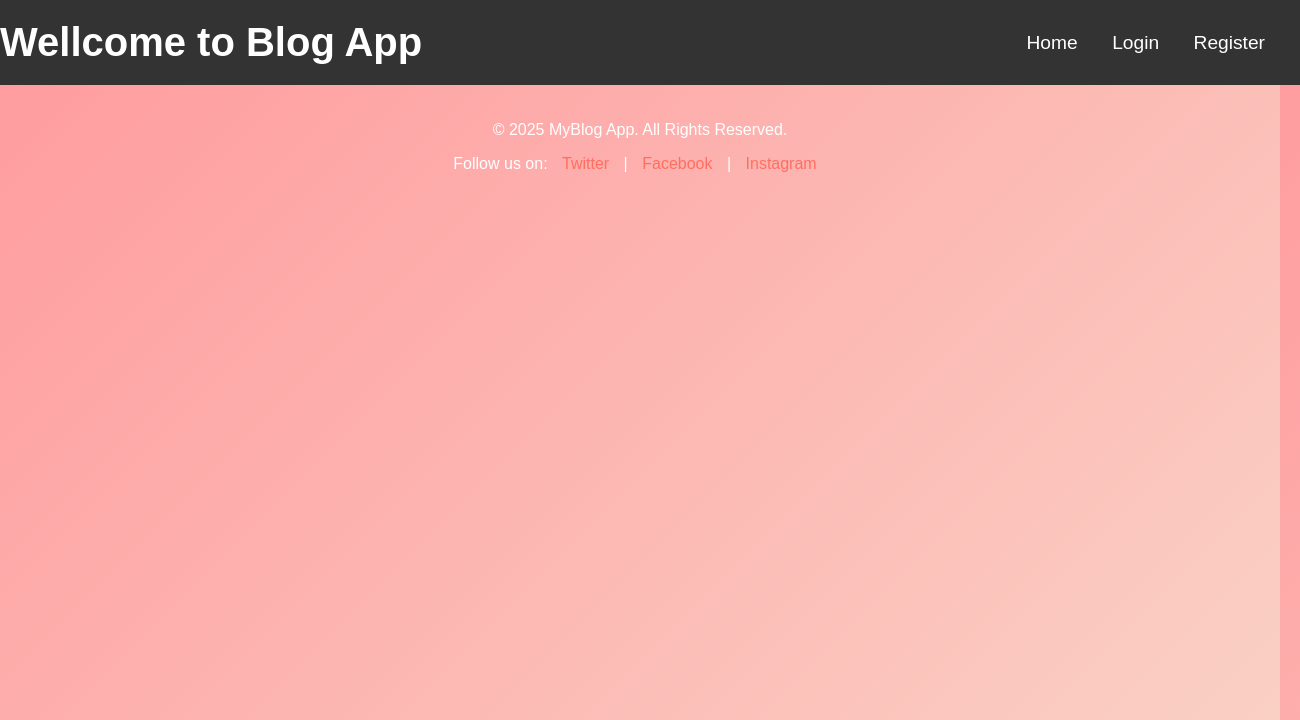
Repository: kapucuonur/blog_App
Page: posts/templates/posts/base.html
The author's editor kept a copy of each file at every save. The page is drawn from the files as they stood at one save, then again after the next save.
The browser window is 1280 px wide. The page is 1300 px wide, so the pictures cover 1300 px, including what lies to the right of the window. The pictures show the whole page.
The template is drawn by Django 4.2. The application's start-up code is not run. Other server files are loaded and not shown. The template is opened directly, without the code that normally fills it, so the values that code supplies are empty.

Above is the page before, as saved 2025-01-28 13:36:42.

### posts/templates/posts/base.html
{% load static %}
<!DOCTYPE html>
<html lang="en">
<head>
    <meta charset="UTF-8">
    <meta name="viewport" content="width=device-width, initial-scale=1.0">
    <title>Blog App</title>
    <link rel="stylesheet" href="{% static 'css/styles.css' %}">
</head>
<body>
    <header>
        <h1> Wellcome to Blog App</h1>
        <nav>
            <a href="{% url 'index' %}">Home</a>
            {% if user.is_authenticated %}
                <a href="{% url 'logout' %}">Logout</a>
            {% else %}
                <a href="{% url 'login' %}">Login</a>
                <a href="{% url 'register' %}">Register</a>
            {% endif %}
        </nav>
    </header>


    <main>
        {% block content %}
        {% endblock %}
    </main>
</body>
<footer>
    <p>&copy; 2025 MyBlog App. All Rights Reserved.</p>
    <p>Follow us on:
        <a href="https://twitter.com" target="_blank">Twitter</a> |
        <a href="https://facebook.com" target="_blank">Facebook</a> |
        <a href="https://instagram.com" target="_blank">Instagram</a>
    </p>
</footer>
</html>

### static/css/styles.css
/* General styling */
body {
    font-family: Arial, sans-serif;
    margin: 0;
    padding: 0;
    display: flex;
    flex-direction: column;
    align-items: center;
    justify-content: flex-start;
    height: 100vh;
    background: linear-gradient(135deg, #ff9a9e, #fad0c4);
    animation: backgroundMove 5s infinite alternate;
    box-sizing: border-box;
}

@keyframes backgroundMove {
    from {
        background-position: 0% 50%;
    }
    to {
        background-position: 100% 50%;
    }
}

/* Header and Navigation */
header {
    width: 100%;
    background-color: #333;
    color: white;
    padding: 20px;
    display: flex;
    justify-content: space-between;
    align-items: center;
}

header h1 {
    margin: 0;
    font-size: 2.5rem;
}

nav a {
    color: white;
    margin: 0 15px;
    text-decoration: none;
    font-size: 1.2rem;
    transition: color 0.3s ease;
}

nav a:hover {
    color: #ff6f61;
}

/* Welcome message styling */
.welcome-message {
    text-align: center;
    margin-top: 30px;
    color: #444;
}

.welcome-message h2 {
    font-size: 2rem;
    color: #333;
}

.welcome-message p {
    font-size: 1.2rem;
    color: #555;
}

/* Posts container */
.posts-container {
    display: flex;
    justify-content: center;
    margin-top: 30px;
}

.posts {
    width: 70%;
    max-width: 800px;
}

.post {
    background-color: #fff;
    padding: 20px;
    margin-bottom: 20px;
    border-radius: 10px;
    box-shadow: 0 4px 15px rgba(0, 0, 0, 0.1);
}

.post h4 {
    margin: 0;
    font-size: 1.5rem;
    color: #333;
}

.post p {
    font-size: 1.2rem;
    color: #555;
}

.author {
    font-size: 1rem;
    color: #777;
    margin-top: 10px;
    font-style: italic;
}

/* Form styling */
form {
    background: #fff;
    padding: 30px;
    border-radius: 10px;
    box-shadow: 0 4px 15px rgba(0, 0, 0, 0.1);
    width: 300px;
    animation: slideDown 0.6s ease-in-out;
}

/* Heading inside the form */
form h2 {
    margin-bottom: 20px;
    color: #444;
    text-align: center;
    animation: fadeIn 1s ease-in-out;
}

/* Input styling */
form input {
    width: 100%;
    padding: 12px;
    margin-bottom: 20px;
    border: 1px solid #ccc;
    border-radius: 5px;
    font-size: 16px;
    box-shadow: inset 0 2px 5px rgba(0, 0, 0, 0.1);
    transition: border-color 0.3s ease, box-shadow 0.3s ease;
}

form input:focus {
    border-color: #ff6f61;
    box-shadow: 0 0 8px rgba(255, 111, 97, 0.5);
    outline: none;
}

/* Button styling */
form button {
    width: 100%;
    padding: 12px;
    background: #ff6f61;
    color: white;
    border: none;
    border-radius: 5px;
    font-size: 16px;
    font-weight: bold;
    cursor: pointer;
    transition: background 0.3s ease, transform 0.2s ease;
}

form button:hover {
    background: #e64c3c;
    transform: translateY(-2px);
}

/* Link styling */
form a {
    display: block;
    text-align: center;
    margin-top: 15px;
    text-decoration: none;
    color: #555;
    font-size: 14px;
    transition: color 0.3s ease;
}

form a:hover {
    color: #ff6f61;
}

/* Animations */
@keyframes slideDown {
    from {
        opacity: 0;
        transform: translateY(-20px);
    }
    to {
        opacity: 1;
        transform: translateY(0);
    }
}

@keyframes fadeIn {
    from {
        opacity: 0;
    }
    to {
        opacity: 1;
    }
}
/* Footer styling */
footer {
    width: 100%;
   height: 50px;
    color: white;
    padding: 20px 0;
    text-align: center;
    font-size: 1rem;
    position: relative;
    bottom: 0;
    left: 0;
}

/* Footer links styling */
footer a {
    color: #ff6f61;
    text-decoration: none;
    margin: 0 10px;
    transition: color 0.3s ease;
}

/* Footer links hover effect */
footer a:hover {
    color: white;
}

After the next save:
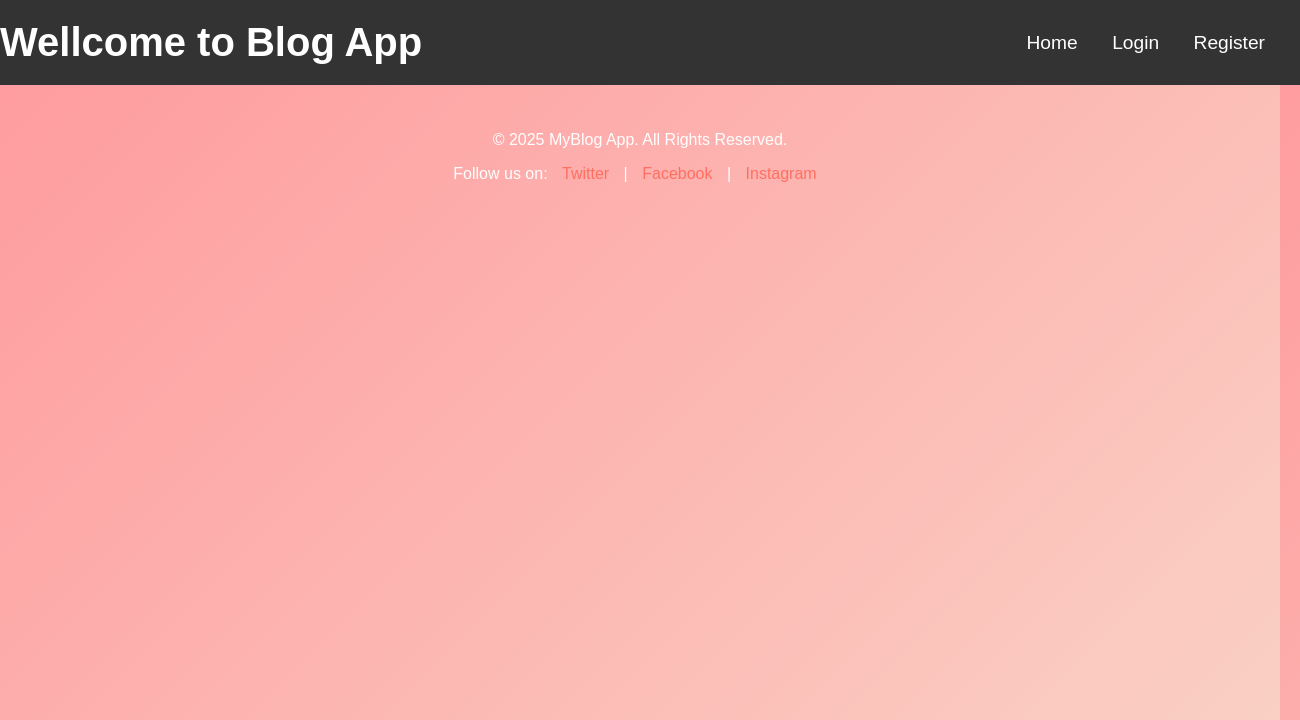
Saved 9 s later.
--- a/static/css/styles.css
+++ b/static/css/styles.css
@@ -200,7 +200,7 @@ footer {
     width: 100%;
    height: 50px;
     color: white;
-    padding: 20px 0;
+    padding: 30px 0;
     text-align: center;
     font-size: 1rem;
     position: relative;
